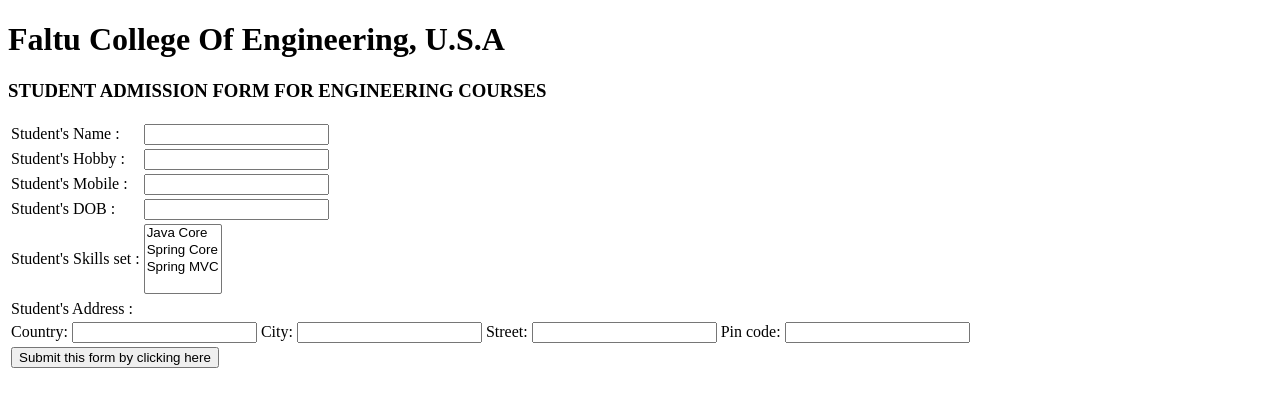
Repository: anujsachan89/Spring-MVC
Page: http://localhost/SpringMVC11/admissionForm
The author's editor kept a copy of each file at every save. The page is drawn from the files as they stood at one save, then again after the next save.
The browser window is 1280 px wide. The pictures show the whole page.
The page is served by Tomcat 9. Other server files are loaded and not shown.

Above is the page before, as saved 2017-02-06 09:40:51.

### Spring-MVC workspace/SpringMVC11/src/main/webapp/WEB-INF/spring-servlet.xml
<?xml version="1.0" encoding="UTF-8"?>
<beans xmlns="http://www.springframework.org/schema/beans"
	xmlns:xsi="http://www.w3.org/2001/XMLSchema-instance" xmlns:tx="http://www.springframework.org/schema/tx"
	xmlns:mvc="http://www.springframework.org/schema/mvc" xmlns:context="http://www.springframework.org/schema/context"
	xsi:schemaLocation="http://www.springframework.org/schema/beans http://www.springframework.org/schema/beans/spring-beans.xsd
       http://www.springframework.org/schema/tx http://www.springframework.org/schema/tx/spring-tx.xsd
       http://www.springframework.org/schema/mvc http://www.springframework.org/schema/mvc/spring-mvc.xsd
       http://www.springframework.org/schema/context http://www.springframework.org/schema/context/spring-context.xsd">

	<!--controller and services scan -->

	<context:component-scan base-package="controller" />

	<bean id="messageSource"
		class="org.springframework.context.support.ResourceBundleMessageSource">
		<property name="basename" value="/WEB-INF/studentmessage" />
	</bean>
	<bean
		class="org.springframework.web.servlet.view.InternalResourceViewResolver">
		<property name="prefix" value="/WEB-INF/jsp/"></property>
		<property name="suffix" value=".jsp"></property>
	</bean>
</beans>

### Spring-MVC workspace/SpringMVC11/src/main/webapp/WEB-INF/jsp/AdmissionForm.jsp
<%@ page language="java" contentType="text/html; charset=UTF-8"
	pageEncoding="UTF-8"%>
<%@ taglib prefix="form" uri="http://www.springframework.org/tags/form" %>
<!DOCTYPE html PUBLIC "-//W3C//DTD HTML 4.01 Transitional//EN" "http://www.w3.org/TR/html4/loose.dtd">
<html>
<head>
<meta http-equiv="Content-Type" content="text/html; charset=UTF-8">
<title>Insert title here</title>
</head>
<body>

	<h1>${headerMessage}</h1>

	<h3> STUDENT ADMISSION FORM FOR ENGINEERING COURSES</h3>
	<form:errors path="student1.*"/>

	<form action="submitAdmissionForm" method="post">

		<table>
		<tr>
			<td>Student's Name : </td><td>        <input type="text"  name="studentName" required/></td>
		</tr>
		<tr>
			<td>Student's Hobby : </td><td>       <input type="text" name="studentHobby" /></td>
		</tr>

			<tr>
			<td>Student's Mobile : </td><td>      <input type="text" name="studentMobile" /></td>
		</tr>
		<tr>
			<td>Student's DOB : </td><td>     	   <input type="text" name="studentDOB" /></td>
		</tr>
		<tr>
			<td>Student's Skills set :</td><td>    <select name="studentSkills" multiple>
													<option value="Java Core">Java Core</option>
													<option value="Spring Core">Spring Core</option>
													<option value="Spring MVC">Spring MVC</option>
													</select><td>
		</tr>



		</table>
		<table>
		<tr> <td> Student's Address : </td></tr>
		<tr>
			<td>Country: <input type="text" name="studentAddress.country"/></td>
			<td>City: <input type="text" name="studentAddress.city"/></td>
			<td>Street: <input type="text" name="studentAddress.street"/></td>
			<td>Pin code: <input type="text" name="studentAddress.pincode"/></td>

		</tr>

		<tr><td><input type="submit" value="Submit this form by clicking here" /></td></tr>

		</table>

	</form>


</body>
</html>

### Spring-MVC workspace/SpringMVC11/src/main/java/controller/StudentAdmissionController.java
package controller;

import java.sql.Date;
import java.text.SimpleDateFormat;

import javax.validation.Valid;

import org.springframework.beans.propertyeditors.CustomDateEditor;
import org.springframework.stereotype.Controller;
import org.springframework.ui.Model;
import org.springframework.validation.BindingResult;
import org.springframework.web.bind.WebDataBinder;
import org.springframework.web.bind.annotation.InitBinder;
import org.springframework.web.bind.annotation.ModelAttribute;
import org.springframework.web.bind.annotation.RequestMapping;
import org.springframework.web.bind.annotation.RequestMethod;
import org.springframework.web.servlet.ModelAndView;


		//Auto-DataBinding-- own custom-property
@Controller
public class StudentAdmissionController
{
	//function having init. Method Argument WebDataBinder will ignore data binding
	@InitBinder
	public void initBinder(WebDataBinder binder){
		//igonre student mobile
		/*binder.setDisallowedFields(new String[] {"studentMobile"});*/
		SimpleDateFormat dateFormat = new SimpleDateFormat("yyyy****MM****dd");
		binder.registerCustomEditor(Date.class, "studentDOB", new CustomDateEditor(dateFormat,false));
		binder.registerCustomEditor(String.class, "studentName", new StudentNameEditor());
	}
	@RequestMapping(value ="admissionForm", method = RequestMethod.GET)
	public ModelAndView getAdmissionForm()
	{
		ModelAndView model1 = new ModelAndView("AdmissionForm");
		return model1;
	}
	//Always make call first for this method-spring mvc//
	@ModelAttribute
	public void addingCommonObjects(Model model1){
		model1.addAttribute("headerMessage","Faltu College Of Engineering, U.S.A");

	}
	//Auto Data Binding //
	//Valid is required for size//
	@RequestMapping(value ="submitAdmissionForm", method = RequestMethod.POST)
	public ModelAndView submitAdmissionForm(@Valid @ModelAttribute("student1") Student student, BindingResult result)
	{
		if(result.hasErrors()){
			ModelAndView model1 = new ModelAndView("AdmissionForm");
			return model1;
		}
		ModelAndView model1 = new ModelAndView("AdmissionSuccess");
		return model1;
	}
}

### Spring-MVC workspace/SpringMVC11/src/main/java/controller/Student.java
package controller;

import java.util.Date;
import java.util.List;

import javax.validation.constraints.Pattern;
import javax.validation.constraints.Size;

public class Student {
	@Pattern(regexp = "[^0-9]*")
	private String studentName;
	//Custom Error message//
	@Size(min=2,max=30)
	private String studentHobby;
	private long studentMobile;
	private Date studentDOB;
	private List<String> studentSkills;

	//Address is mapped with studentAddress//
	private Address studentAddress;
	public Address getStudentAddress() {
		return studentAddress;
	}
	public void setStudentAddress(Address studentAddress) {
		this.studentAddress = studentAddress;
	}
	public String getStudentName() {
		return studentName;
	}
	public void setStudentName(String studentName) {
		this.studentName = studentName;
	}
	public String getStudentHobby() {
		return studentHobby;
	}
	public void setStudentHobby(String studentHobby) {
		this.studentHobby = studentHobby;
	}
	public long getStudentMobile() {
		return studentMobile;
	}
	public void setStudentMobile(long studentMobile) {
		this.studentMobile = studentMobile;
	}
	public Date getStudentDOB() {
		return studentDOB;
	}
	public void setStudentDOB(Date studentDOB) {
		this.studentDOB = studentDOB;
	}
	public List<String> getStudentSkills() {
		return studentSkills;
	}
	public void setStudentSkills(List<String> studentSkills) {
		this.studentSkills = studentSkills;
	}

}

After the next save:
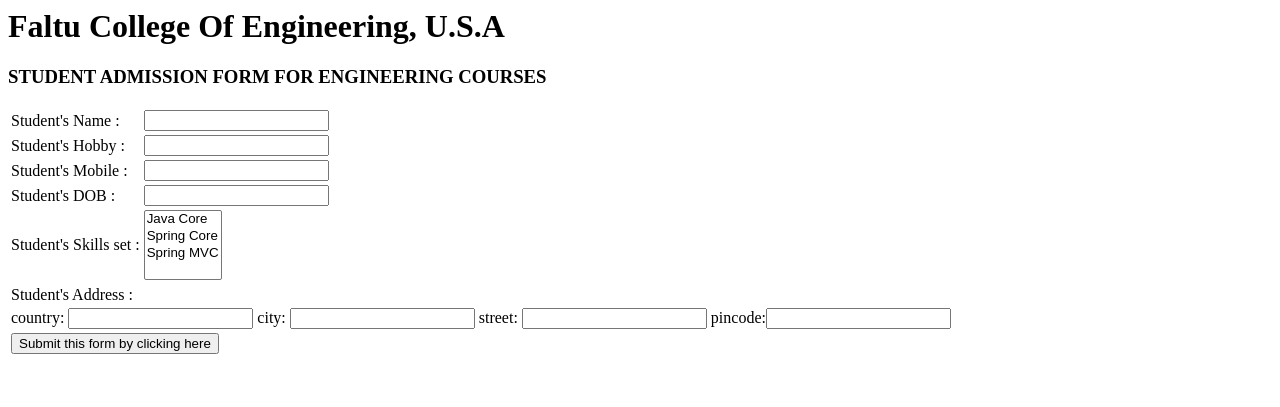
Saved 97 s later.
--- a/Spring-MVC workspace/SpringMVC11/src/main/webapp/WEB-INF/jsp/AdmissionForm.jsp
+++ b/Spring-MVC workspace/SpringMVC11/src/main/webapp/WEB-INF/jsp/AdmissionForm.jsp
@@ -1,62 +1,37 @@
-<%@ page language="java" contentType="text/html; charset=UTF-8"
-	pageEncoding="UTF-8"%>
-<%@ taglib prefix="form" uri="http://www.springframework.org/tags/form" %>
-<!DOCTYPE html PUBLIC "-//W3C//DTD HTML 4.01 Transitional//EN" "http://www.w3.org/TR/html4/loose.dtd">
+<%@ taglib prefix="form" uri="http://www.springframework.org/tags/form"%>
 <html>
-<head>
-<meta http-equiv="Content-Type" content="text/html; charset=UTF-8">
-<title>Insert title here</title>
-</head>
 <body>
+	<h1>${headerMessage}</h1>
+	<h3> STUDENT ADMISSION FORM FOR ENGINEERING COURSES</h3>
 
-	<h1>${headerMessage}</h1>
-
-	<h3> STUDENT ADMISSION FORM FOR ENGINEERING COURSES</h3>
 	<form:errors path="student1.*"/>
 
-	<form action="submitAdmissionForm" method="post">
+	<form action="/FirstSpringMVCProject/submitAdmissionForm.html" method="post">
+		<table>
+		<tr><td>Student's Name :   		</td>  <td>       <input type="text" name="studentName" />   </td> </tr>
+		<tr><td>Student's Hobby :  		</td>  <td>       <input type="text" name="studentHobby" />  </td> </tr>
+		<tr><td>Student's Mobile : 		</td>  <td>       <input type="text" name="studentMobile" /> </td> </tr>
+		<tr><td>Student's DOB :    		</td>  <td>       <input type="text" name="studentDOB" />    </td> </tr>
 
-		<table>
+		<tr><td>Student's Skills set :	</td>  <td>    			<select name="studentSkills" multiple>
+																<option value="Java Core">Java Core</option>
+																<option value="Spring Core">Spring Core</option>
+																<option value="Spring MVC">Spring MVC</option>
+																</select><td></tr>
+	</table>
+	<table>
+			<tr><td>Student's Address : </td></tr>
 		<tr>
-			<td>Student's Name : </td><td>        <input type="text"  name="studentName" required/></td>
-		</tr>
-		<tr>
-			<td>Student's Hobby : </td><td>       <input type="text" name="studentHobby" /></td>
-		</tr>
-
-			<tr>
-			<td>Student's Mobile : </td><td>      <input type="text" name="studentMobile" /></td>
-		</tr>
-		<tr>
-			<td>Student's DOB : </td><td>     	   <input type="text" name="studentDOB" /></td>
-		</tr>
-		<tr>
-			<td>Student's Skills set :</td><td>    <select name="studentSkills" multiple>
-													<option value="Java Core">Java Core</option>
-													<option value="Spring Core">Spring Core</option>
-													<option value="Spring MVC">Spring MVC</option>
-													</select><td>
-		</tr>
-
-
-
-		</table>
-		<table>
-		<tr> <td> Student's Address : </td></tr>
-		<tr>
-			<td>Country: <input type="text" name="studentAddress.country"/></td>
-			<td>City: <input type="text" name="studentAddress.city"/></td>
-			<td>Street: <input type="text" name="studentAddress.street"/></td>
-			<td>Pin code: <input type="text" name="studentAddress.pincode"/></td>
-
+			<td>country: <input type="text" name="studentAddress.country"/></td>
+			<td>city: <input type="text" name="studentAddress.city" /></td>
+			<td>street: <input type="text" name="studentAddress.street" /></td>
+			<td>pincode:<input type="text" name="studentAddress.pincode" /></td>
 		</tr>
 
 		<tr><td><input type="submit" value="Submit this form by clicking here" /></td></tr>
-
-		</table>
+	</table>
 
 	</form>
 
-
 </body>
 </html>
